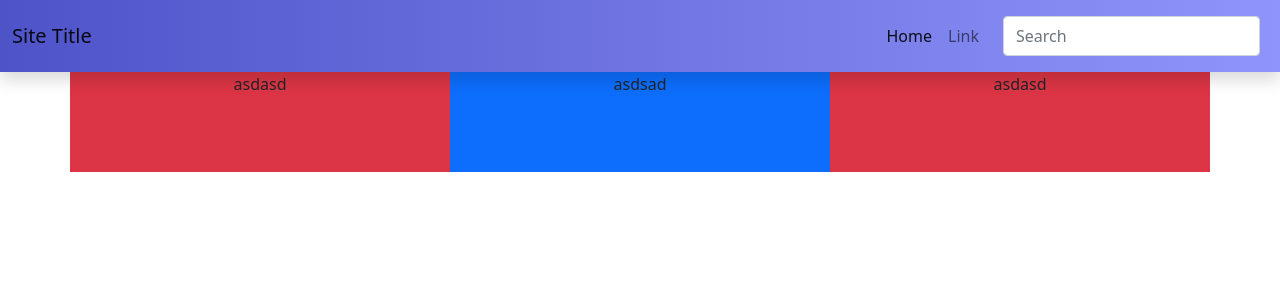
Repository: ttranhhoang/layoutBS
Page: layoutBS1/index.html
The author's editor kept a copy of each file at every save. The page is drawn from the files as they stood at one save, then again after a run of saves.
The browser window is 1280 px wide. The pictures show the whole page.

Above is the page before, as saved 2022-04-24 17:54:31.

After the next 3 saves:
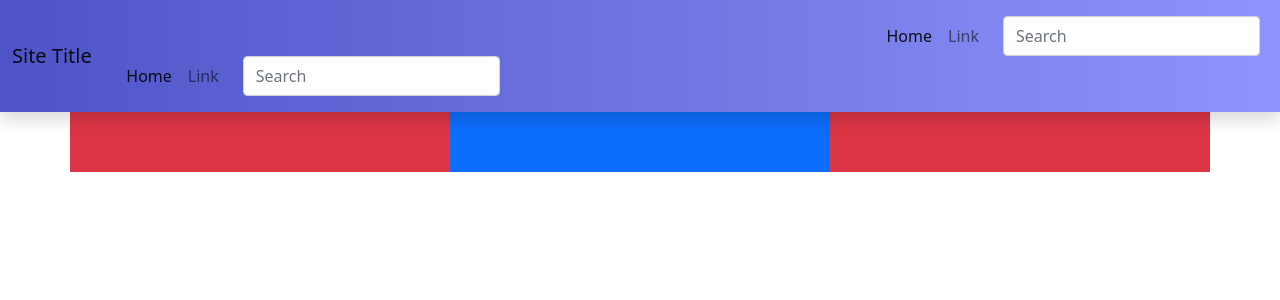
The 3 saves are shown as one change because they came seconds apart.
The last was saved 3 min 10 s later.
--- a/layoutBS1/index.html
+++ b/layoutBS1/index.html
@@ -29,6 +29,46 @@
           >
             <span class="navbar-toggler-icon"></span>
           </button>
+          <div
+            class="offcanvas offcanvas-end"
+            tabindex="-1"
+            id="navbarOffcanvasLg"
+            aria-labelledby="navbarOffcanvasLgLabel"
+          >
+            <div class="offcanvas-header">
+              <h5 class="offcanvas-title" id="offcanvasNavbarLabel">
+                Offcanvas
+              </h5>
+              <button
+                type="button"
+                class="btn-close text-reset"
+                data-bs-dismiss="offcanvas"
+                aria-label="Close"
+              ></button>
+            </div>
+            <div class="offcanvas-body">
+              <ul class="navbar-nav justify-content-end flex-grow-1 pe-3">
+                <li class="nav-item">
+                  <a class="nav-link active" aria-current="page" href="#"
+                    >Home</a
+                  >
+                </li>
+                <li class="nav-item">
+                  <a class="nav-link" href="#">Link</a>
+                </li>
+              </ul>
+              <form class="d-flex">
+                <input
+                  class="form-control me-2"
+                  type="search"
+                  placeholder="Search"
+                  aria-label="Search"
+                />
+              </form>
+            </div>
+
+
+
 
           <div
             class="offcanvas offcanvas-end"
